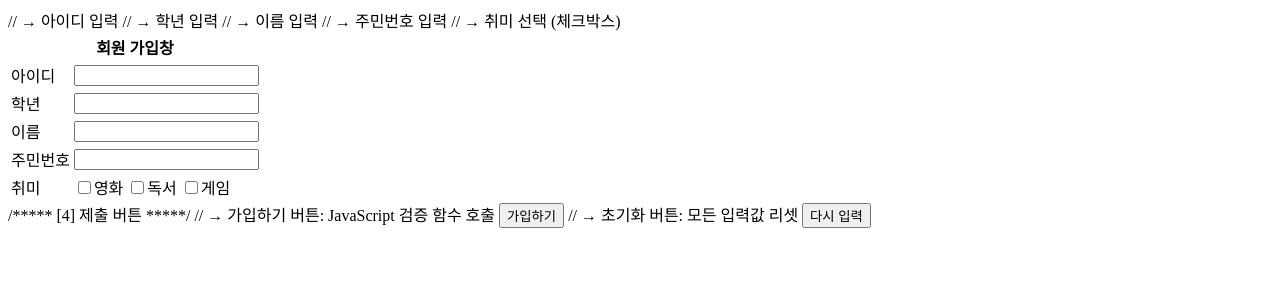
Repository: jrkim-kr/java-web-development
Page: http://localhost/test/WEB-INF/views/student/write.jsp
The author's editor kept a copy of each file at every save. The page is drawn from the files as they stood at one save, then again after the next save.
The browser window is 1280 px wide. The pictures show the whole page.
The page is served by Tomcat 9. Nobody is signed in. Other server files are loaded and not shown. The template is opened directly, without the code that normally fills it, so the values that code supplies are empty.

Above is the page before, as saved 2024-12-03 07:35:39.

### workspace_sts/test/src/main/webapp/WEB-INF/views/student/write.jsp
<!-- ================================================
* [2] write.jsp (학생 등록 폼)
*================================================ -->

<!-- [1] JSP 기본 설정 -->
<%@ page language="java" contentType="text/html; charset=UTF-8" pageEncoding="UTF-8"%>
<!-- → 한글 처리를 위한 UTF-8 인코딩 설정 -->

<!-- [2] JavaScript 폼 검증 함수 -->
<script>
   function fn_sendMember() {
       // → 폼 객체와 입력값 가져오기
       var frmMember = document.frmMember;
       var id = frmMember.id.value;
       var name = frmMember.name.value;

       // → 아이디 필수 입력 검사
       if (id.trim() == '') {
           alert('아이디는 필수입니다.');
           document.querySelector("input[name='id']").focus();
           return;
       }

       // → 이름 필수 입력 검사
       if (name.length == 0 || name == '') {
           alert('이름은 필수입니다.');
           return;
       }

       // → 검증 통과 시 폼 제출
       frmMember.method = 'post';         // POST 방식 설정
       frmMember.action = 'regist.do';    // 제출할 URL 설정
       frmMember.submit();                // 폼 제출
   }
</script>

<body>
<!-- [3] HTML 폼 구조 -->
<form name="frmMember">
   <table>
       <!-- → 테이블 헤더 -->
       <tr><th colspan="2">회원 가입창</th></tr>

       // → 아이디 입력
       <tr>
           <td>아이디</td>
           <td><input type="text" name="id"></td>
       </tr>

       // → 학년 입력
       <tr>
           <td>학년</td>
           <td><input type="text" name="grade"></td>
       </tr>

       // → 이름 입력
       <tr>
           <td>이름</td>
           <td><input type="text" name="name"></td>
       </tr>

       // → 주민번호 입력
       <tr>
           <td>주민번호</td>
           <td><input type="text" name="jumin"></td>
       </tr>

       // → 취미 선택 (체크박스)
       <tr>
           <td>취미</td>
           <td>
               <input type="checkbox" name="hobbyName" value="영화">영화
               <input type="checkbox" name="hobbyName" value="독서">독서
               <input type="checkbox" name="hobbyName" value="게임">게임
           </td>
       </tr>
   </table>

   /***** [4] 제출 버튼 *****/
   // → 가입하기 버튼: JavaScript 검증 함수 호출
   <input type="button" value="가입하기" onclick="fn_sendMember()">
   // → 초기화 버튼: 모든 입력값 리셋
   <input type="reset" value="다시 입력">
</form>
</body>

After the next save:
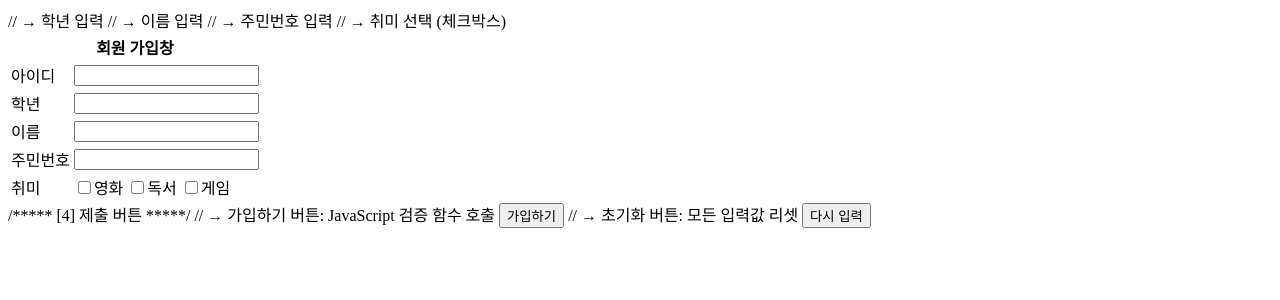
Saved 8 s later.
--- a/workspace_sts/test/src/main/webapp/WEB-INF/views/student/write.jsp
+++ b/workspace_sts/test/src/main/webapp/WEB-INF/views/student/write.jsp
@@ -41,7 +41,7 @@
        <!-- → 테이블 헤더 -->
        <tr><th colspan="2">회원 가입창</th></tr>
 
-       // → 아이디 입력
+       <!-- → 아이디 입력 -->
        <tr>
            <td>아이디</td>
            <td><input type="text" name="id"></td>
